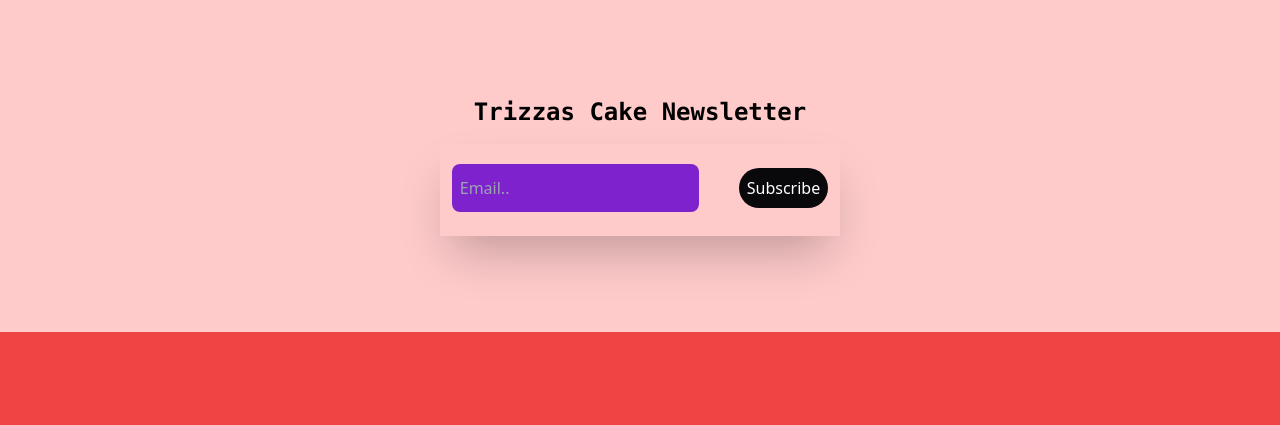
Repository: Semanmernstack/mailchimp-newsletter
Page: /
These files come from the project's save history. The page is drawn as it stood at one moment and after the next save; the edit follows.
The browser window is 1280 px wide. The pictures show the whole page.
The project was rebuilt for these pictures with package versions that can differ from the ones it lists, and the page was loaded fresh each time. The framework's server and built-in components were replaced by stand-ins that run in the browser. Also part of the build but not shown: next.config.js.

Above is the page before, as saved 2023-05-26 05:34:54.

### app/layout.tsx
import './globals.css'




export const metadata = {
  title: 'Create Next App',
  description: 'Generated by create next app',
}

export default function RootLayout({
  children,
}: {
  children: React.ReactNode
}) {
  return (
    <html lang="en">
      <body className='min-h-screen bg-red-500'> {children}</body>
    </html>
  )
}

### app/page.tsx
import Mailing from "./components/Mailing";


export default function Home() {
  return (
    <main className="flex shadow-cyan-800 bg-red-200 min-h-screen-[50vh] flex-col items-center justify-between p-24">
    <h1 className="font-mono font-extrabold text-2xl h-12">
      Trizzas Cake Newsletter
    </h1>
    <Mailing/>
    </main>
  )
}

### app/components/Mailing.tsx
"use client"
import React, { FormEvent, useRef, useState } from 'react'

function Mailing() {
    const [input, setInput] = useState<string>("")
    const [mailError, setMailError] = useState<string> ("")
    const [mailOk, setMailOk] = useState<string>("")

    const handleSubmit = async (e: FormEvent<HTMLFormElement>) => {
        e.preventDefault()
        const email = input;


        const res = await fetch("/api/mailSub", {
            method: 'POST',
            headers: {
                "Content-Type": "application/json",
            },

            body: JSON.stringify({email}),

        })

        const data = await res.json()
        if (data.error) {
            setMailError('Hey you already subscribe to trizzas cake')

            return
        }
        setMailOk(data.res)
        setInput("")

    }
  return (
    <div className=" flex flex-col items-center justify-center shadow-zinc-800 h-min-screen">
        <form className="flex sm:flex-col p-3 shadow-2xl" onSubmit={handleSubmit}>
            <div>
                <input type="email"
                    placeholder='Email..'
                    value={input}

                    onChange={(e) => setInput(e.target.value)}
                    required
                    className="outline-none text-white bg-purple-700 h-12 mb-3 p-2 rounded-lg mr-10 border-none from-fuchsia-400 "

                 />
                 <button className="cursor-pointer mt-3 text-white bg-zinc-950 p-2  rounded-xl md:rounded-3xl " type='submit' disabled={!input}    >
                    Subscribe
                 </button>
            </div>

        </form>
        {(mailOk || mailError ) && (
            <div className="mt-5 text-sm animate-bounce">
             {mailOk ?(<p className=" bg-red-900 p-1">Subscribe</p>):(<p className="bg-green-500 p-1">You already Subscribed</p>)}
            </div>
        )}



    </div>
  )
}

export default Mailing

Loaded but not shown: app/globals.css (common file); tailwind.config.js (common file)

After the next save:
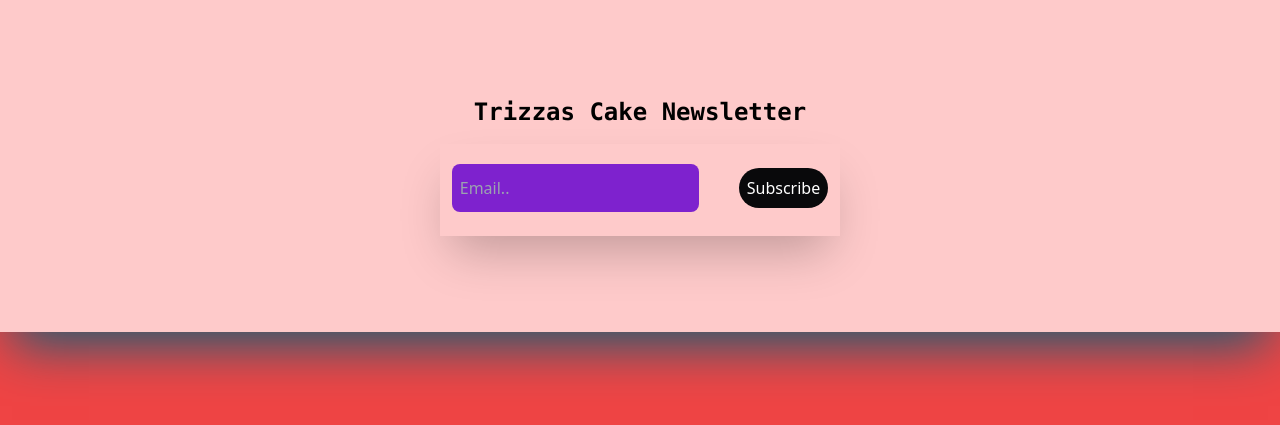
Saved 8 s later.
--- a/app/page.tsx
+++ b/app/page.tsx
@@ -3,7 +3,7 @@
 
 export default function Home() {
   return (
-    <main className="flex shadow-cyan-800 bg-red-200 min-h-screen-[50vh] flex-col items-center justify-between p-24">
+    <main className="flex shadow-cyan-800 shadow-2xl bg-red-200 min-h-screen-[50vh] flex-col items-center justify-between p-24">
     <h1 className="font-mono font-extrabold text-2xl h-12">
       Trizzas Cake Newsletter
     </h1>
